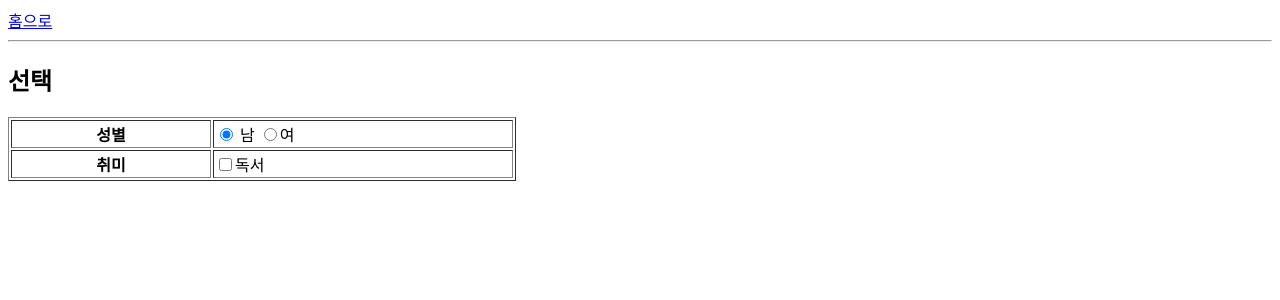
Repository: KimHyeonJun1/Study_Web302
Page: 01.Servlet01/src/main/webapp/choice.html
The author's editor kept a copy of each file at every save. The page is drawn from the files as they stood at one save, then again after the next save.
The browser window is 1280 px wide. The pictures show the whole page.

Above is the page before, as saved 2024-06-20 08:26:20.

### 01.Servlet01/src/main/webapp/choice.html
<!DOCTYPE html>
<html>
<head>
<meta charset="UTF-8">
<title>Insert title here</title>
</head>
<body>
<a href ="index.html">홈으로</a>
<hr>
<h2>선택</h2>
<form method="post" action="choice">
<table border="1">
<colgroup>
<col width="200px">
<col width="300px">
</colgroup>
<tr><th>성별</th>
	<td>
		<input id="male"type="radio" name="gender" value="남" checked>
		<label for="male">남</label>
		<label>
		<input type="radio" name="gender" value="여">여
		</label>
	</td>
</tr>
<tr><th>취미</th>
	<td>
	<label>
	<input type="checkbox" name="hobby" value="독서">독서
	</label>
	</td>
	</tr>
</table>
</form>
</body>
</html>

After the next save:
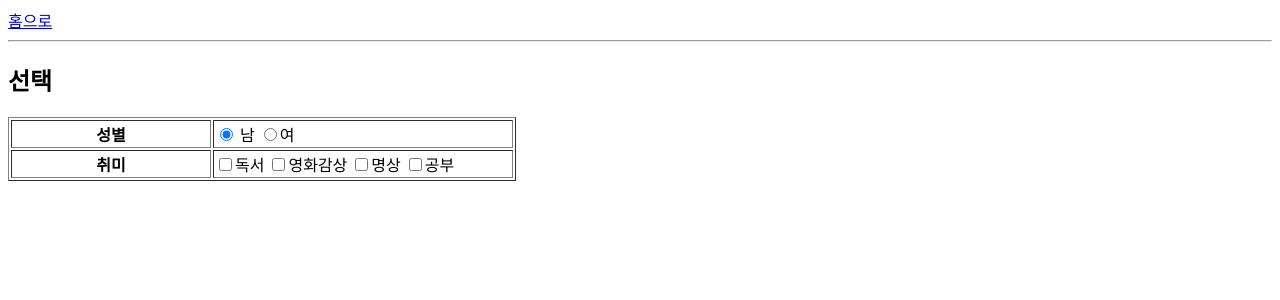
Saved 65 s later.
--- a/01.Servlet01/src/main/webapp/choice.html
+++ b/01.Servlet01/src/main/webapp/choice.html
@@ -28,6 +28,17 @@
 	<label>
 	<input type="checkbox" name="hobby" value="독서">독서
 	</label>
+	<label>
+	<input type="checkbox" name="hobby" value="영화감상">영화감상
+	</label>
+	<label>
+	<input type="checkbox" name="hobby" value="명상">명상
+	</label>
+	<label>
+	<input type="checkbox" name="hobby" value="공부">공부
+	</label>
+
+
 	</td>
 	</tr>
 </table>
